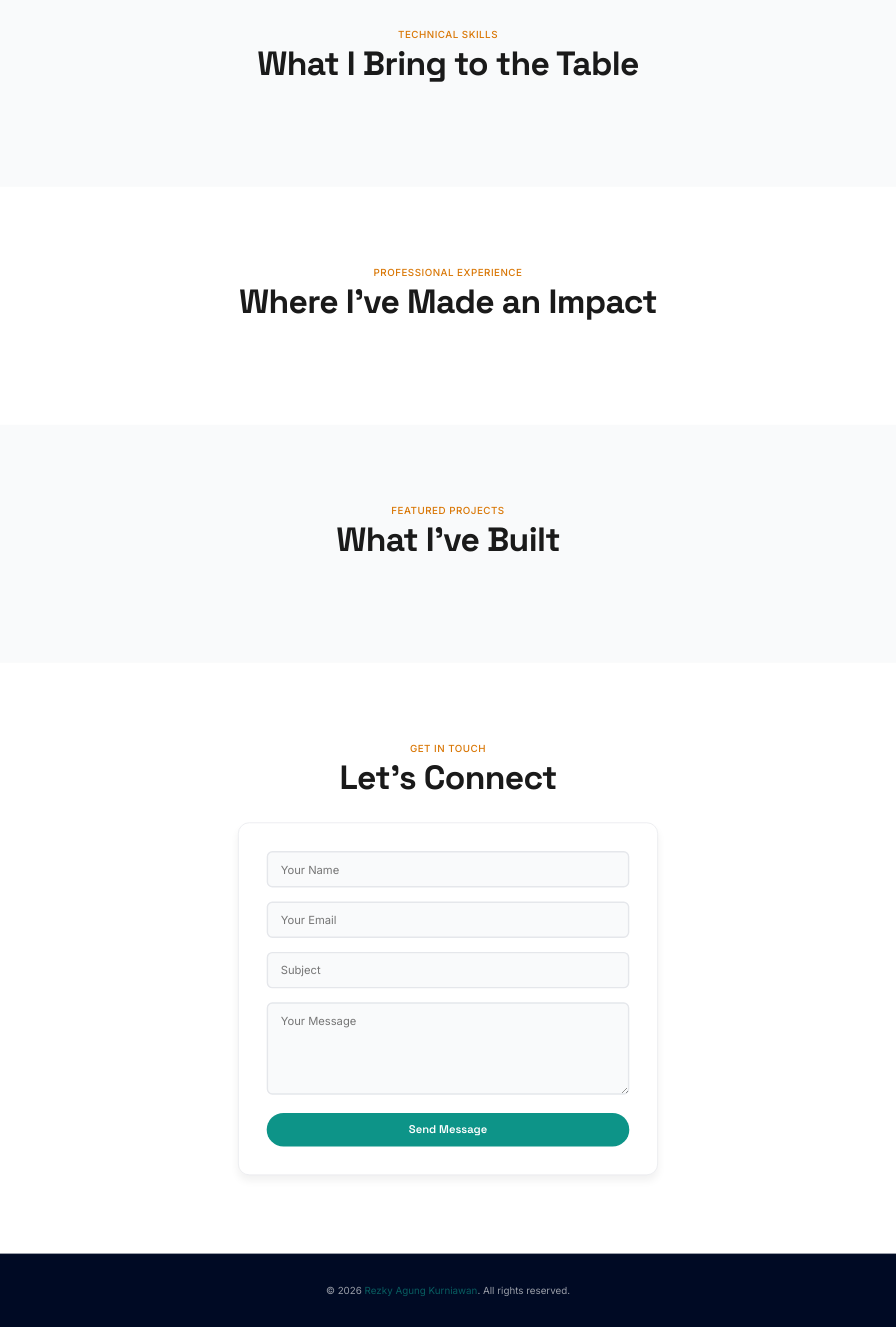
Repository: Warfail/portfolio-app
Page: backend/templates/index.html
The author's editor kept a copy of each file at every save. The page is drawn from the files as they stood at one save, then again after a run of saves.
The browser window is 1280 px wide. The pictures show the part of the page from y = 1247 to 3167 px (the page is 3143 px tall before and 3167 px after), at 70% of full size.
The page's requests for data from a server got no answer.

Above is the page before, as saved 2026-07-16 06:30:50.

### backend/templates/index.html
<!DOCTYPE html>
<html lang="en">
<head>
    <meta charset="UTF-8" />
    <meta name="viewport" content="width=device-width, initial-scale=1.0" />
    <title>Rezky Agung Kurniawan | IT Infrastructure Specialist</title>
    <link rel="preconnect" href="https://fonts.googleapis.com" />
    <link rel="preconnect" href="https://fonts.gstatic.com" crossorigin />
    <link href="https://fonts.googleapis.com/css2?family=Space+Grotesk:wght@500;600;700&family=Inter:wght@400;500;600;700&display=swap" rel="stylesheet" />
    <link rel="stylesheet" href="https://cdnjs.cloudflare.com/ajax/libs/font-awesome/6.0.0-beta3/css/all.min.css" />
    <link rel="stylesheet" href="/static/css/style.css" />
</head>
<body>
    <!-- Navigation -->
    <header class="navbar" role="navigation" aria-label="Main navigation">
        <div class="container">
            <div class="nav-logo">RK.</div>
            <button class="nav-toggle" aria-label="Toggle navigation" id="navToggle">
                <i class="fas fa-bars"></i>
            </button>
            <ul class="nav-links" id="navLinks">
                <li><a href="#about">About</a></li>
                <li><a href="#skills">Skills</a></li>
                <li><a href="#experience">Experience</a></li>
                <li><a href="#projects">Projects</a></li>
                <li><a href="#contact">Contact</a></li>
                <li><a href="#" class="btn-nav-cta" id="navCta">Get in Touch</a></li>
            </ul>
        </div>
    </header>

    <!-- Hero Section -->
    <section class="hero" id="home">
        <div class="hero-content">
            <div class="hero-eyebrow label-uppercase" id="heroEyebrow">IT Infrastructure &amp; Desktop Support</div>
            <h1 class="hero-display" id="heroName">
                Rezky Agung<br />
                <span style="color: var(--teal-primary);">Kurniawan</span>
            </h1>
            <p class="hero-sub" id="heroTitle">Building reliable, secure, and efficient IT environments through infrastructure expertise and continuous learning.</p>
            <div class="hero-actions">
                <a href="#projects" class="btn btn-primary-filled">Explore My Work <i class="fas fa-arrow-right"></i></a>
                <a href="#contact" class="btn btn-ghost-outline">Get in Touch</a>
            </div>
            <div class="hero-scroll">Scroll</div>
        </div>
    </section>

    <!-- About Section -->
    <section id="about">
        <div class="container">
            <div class="section-heading">
                <span class="label-uppercase">About Me</span>
                Bridging Infrastructure Reliability with Technical Excellence
            </div>
            <div class="about-grid">
                <div class="about-text" id="aboutText">
                    <!-- Dynamic content -->
                </div>
                <div class="about-stats" id="aboutStats">
                    <!-- Dynamic stats -->
                </div>
            </div>
        </div>
    </section>

    <!-- Skills Section -->
    <section id="skills" style="background: #f9fafb;">
        <div class="container">
            <div class="section-heading">
                <span class="label-uppercase">Technical Skills</span>
                What I Bring to the Table
            </div>
            <div class="skills-grid" id="skillsContainer">
                <!-- Dynamic content -->
            </div>
        </div>
    </section>

    <!-- Experience Section -->
    <!-- Experience Section -->
<section id="experience" class="experience">
    <div class="container">
        <div class="section-heading">
            <span class="label-uppercase">Professional Experience</span>
            Where I've Made an Impact
        </div>
        <div class="timeline" id="experience-container">
            <!-- Dynamic content -->
        </div>
    </div>
</section>

    <!-- Projects Section -->
    <section id="projects" style="background: #f9fafb;">
        <div class="container">
            <div class="section-heading">
                <span class="label-uppercase">Featured Projects</span>
                What I've Built
            </div>
            <div class="projects-grid" id="projectsContainer">
                <!-- Dynamic content -->
            </div>
        </div>
    </section>

    <!-- Contact Section -->
    <section id="contact">
        <div class="container">
            <div class="section-heading">
                <span class="label-uppercase">Get In Touch</span>
                Let's Connect
            </div>
            <div class="contact-wrapper">
                <form id="contact-form" class="contact-form">
                    <div class="form-group">
                        <input type="text" id="contact-name" placeholder="Your Name" required />
                    </div>
                    <div class="form-group">
                        <input type="email" id="contact-email" placeholder="Your Email" required />
                    </div>
                    <div class="form-group">
                        <input type="text" id="contact-subject" placeholder="Subject" required />
                    </div>
                    <div class="form-group">
                        <textarea id="contact-message" rows="5" placeholder="Your Message" required></textarea>
                    </div>
                    <button type="submit" class="btn btn-primary-filled">Send Message</button>
                    <div id="form-message" class="form-message"></div>
                </form>
            </div>
        </div>
    </section>

    <!-- Footer -->
    <footer class="footer">
        <div class="container">
            <p>&copy; <span id="footerYear">2025</span> <a href="#">Rezky Agung Kurniawan</a>. All rights reserved.</p>
        </div>
    </footer>

    <!-- Notification Banner -->

    <script src="/static/js/main.js"></script>
</body>
</html>

### backend/static/js/main.js
const API_BASE = '/api';

// ==================== Load Profile ====================
async function loadProfile() {
    try {
        const response = await fetch(`${API_BASE}/profile/public`);
        const profile = await response.json();

        // Hero
        document.getElementById('heroName').innerHTML = `${profile.name}<br /><span style="color: var(--teal-primary);">${profile.title.split(' ').pop() || ''}</span>`;
        document.getElementById('heroTitle').textContent = profile.title;

        // About
        const aboutText = document.getElementById('aboutText');
        aboutText.innerHTML = profile.about.split('\n').filter(p => p.trim()).map(p => `<p>${p}</p>`).join('');

        // Stats
        const stats = document.getElementById('aboutStats');
        stats.innerHTML = `
            <div class="stat-item">
                <div class="stat-number">3+</div>
                <div class="stat-label">Years in IT Infrastructure</div>
            </div>
            <div class="stat-item">
                <div class="stat-number">1500+</div>
                <div class="stat-label">IT Assets Managed</div>
            </div>
            <div class="stat-item">
                <div class="stat-number">350+</div>
                <div class="stat-label">Workstations Supported</div>
            </div>
            <div class="stat-item">
                <div class="stat-number">4</div>
                <div class="stat-label">Companies Served</div>
            </div>
        `;

        // Nav CTA
        document.getElementById('navCta').href = '#contact';
    } catch (error) {
        console.error('Error loading profile:', error);
    }
}

// ==================== Load Skills ====================
async function loadSkills() {
    try {
        const response = await fetch(`${API_BASE}/skills`);
        const skills = await response.json();

        const categories = {};
        skills.forEach(skill => {
            if (!categories[skill.category]) {
                categories[skill.category] = [];
            }
            categories[skill.category].push(skill.name);
        });

        const container = document.getElementById('skillsContainer');
        container.innerHTML = Object.entries(categories).map(([category, items]) => `
            <div class="skill-category">
                <h3>${category}</h3>
                <div class="skill-tags">
                    ${items.map(name => `<span class="skill-tag">${name}</span>`).join('')}
                </div>
            </div>
        `).join('');
    } catch (error) {
        console.error('Error loading skills:', error);
    }
}

// ==================== Load Experiences ====================
async function loadExperiences() {
    try {
        const response = await fetch(`${API_BASE}/experience`);
        const experiences = await response.json();

        const container = document.getElementById('experience-container');
        container.innerHTML = experiences.map(exp => `
            <div class="timeline-item">
                <div class="timeline-header">
                    <div class="company-photo-wrapper">
                        ${exp.image_url ?
                            `<img src="${exp.image_url}" alt="${exp.company}" class="experience-photo">` :
                            `<div class="experience-photo-placeholder"><i class="fas fa-building"></i></div>`
                        }
                        <div class="experience-info">
                            <div class="company">${exp.company}</div>
                            <div class="role">${exp.position}</div>
                            <div class="period">
                                ${new Date(exp.start_date).toLocaleDateString('en-US', { month: 'long', year: 'numeric' })} -
                                ${exp.is_current ? 'Present' : new Date(exp.end_date).toLocaleDateString('en-US', { month: 'long', year: 'numeric' })}
                                ${exp.location ? ` • ${exp.location}` : ''}
                            </div>
                        </div>
                    </div>
                </div>
                <div class="timeline-body">
                    ${exp.description ? `<p>${exp.description}</p>` : ''}
                    ${exp.achievements && exp.achievements.length ? `
                        <ul>
                            ${exp.achievements.map(achievement => `<li>${achievement}</li>`).join('')}
                        </ul>
                    ` : ''}
                </div>
            </div>
        `).join('');
    } catch (error) {
        console.error('Error loading experiences:', error);
    }
}

// ==================== Load Projects ====================
async function loadProjects() {
    try {
        const response = await fetch(`${API_BASE}/projects`);
        const projects = await response.json();

        const container = document.getElementById('projectsContainer');
        container.innerHTML = projects.map(project => `
            <div class="project-card">
                <h3>${project.title}</h3>
                <p>${project.description}</p>
                ${project.technologies && project.technologies.length ? `
                    <div class="project-tech">
                        ${project.technologies.map(tech => `<span>${tech}</span>`).join('')}
                    </div>
                ` : ''}
                ${project.project_url || project.github_url ? `
                    <a href="${project.project_url || project.github_url}" target="_blank" class="project-link">
                        View Project <i class="fas fa-arrow-right"></i>
                    </a>
                ` : ''}
            </div>
        `).join('');
    } catch (error) {
        console.error('Error loading projects:', error);
    }
}

// ==================== Contact Form ====================
document.getElementById('contact-form').addEventListener('submit', async (e) => {
    e.preventDefault();

    const name = document.getElementById('contact-name').value;
    const email = document.getElementById('contact-email').value;
    const subject = document.getElementById('contact-subject').value;
    const message = document.getElementById('contact-message').value;

    const formMessage = document.getElementById('form-message');
    formMessage.className = 'form-message';
    formMessage.style.display = 'none';

    try {
        const response = await fetch(`${API_BASE}/contact`, {
            method: 'POST',
            headers: { 'Content-Type': 'application/json' },
            body: JSON.stringify({ name, email, subject, message })
        });

        const data = await response.json();

        if (response.ok) {
            formMessage.className = 'form-message success';
            formMessage.textContent = 'Thank you for your message! I\'ll get back to you soon.';
            formMessage.style.display = 'block';
            document.getElementById('contact-form').reset();
        } else {
            formMessage.className = 'form-message error';
            formMessage.textContent = data.detail || 'Something went wrong. Please try again.';
            formMessage.style.display = 'block';
        }
    } catch (error) {
        formMessage.className = 'form-message error';
        formMessage.textContent = 'Network error. Please try again.';
        formMessage.style.display = 'block';
    }
});

// ==================== Mobile Nav ====================
const toggle = document.getElementById('navToggle');
const navLinks = document.getElementById('navLinks');

toggle.addEventListener('click', () => {
    navLinks.classList.toggle('is-open');
    const isOpen = navLinks.classList.contains('is-open');
    toggle.setAttribute('aria-expanded', isOpen);
    toggle.innerHTML = isOpen ? '<i class="fas fa-times"></i>' : '<i class="fas fa-bars"></i>';
});

document.querySelectorAll('.nav-links a').forEach(link => {
    link.addEventListener('click', () => {
        navLinks.classList.remove('is-open');
        toggle.setAttribute('aria-expanded', 'false');
        toggle.innerHTML = '<i class="fas fa-bars"></i>';
    });
});

// ==================== Init ====================
document.addEventListener('DOMContentLoaded', () => {
    document.getElementById('footerYear').textContent = new Date().getFullYear();
    loadProfile();
    loadSkills();
    loadExperiences();
    loadProjects();
});

Loaded but not shown: backend/static/css/style.css (1214 lines, source omitted)

After the next 2 saves:
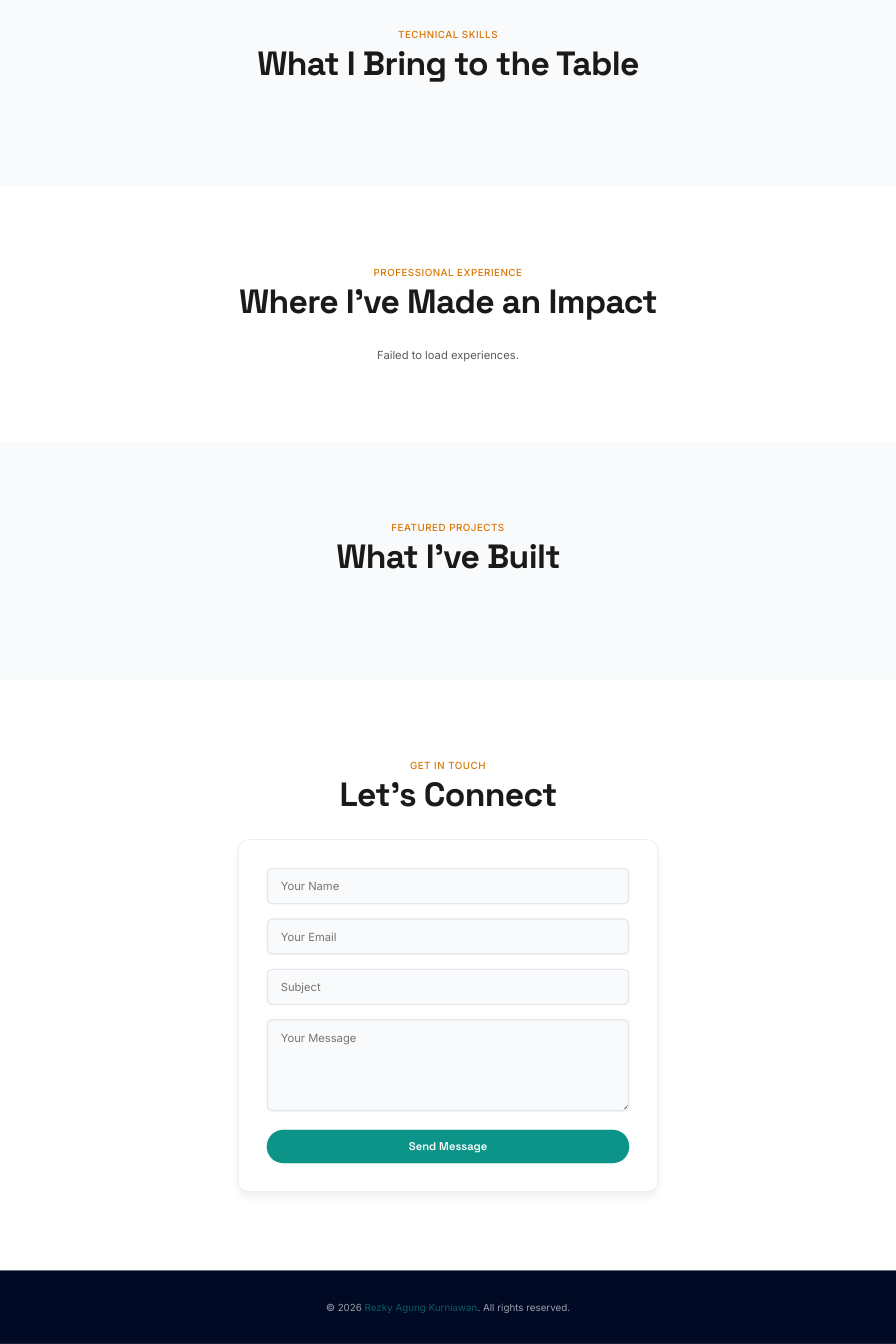
The 2 saves are shown as one change because they came seconds apart.
The last was saved 34 s later.
--- a/backend/static/js/main.js
+++ b/backend/static/js/main.js
@@ -71,12 +71,18 @@ async function loadSkills() {
 }
 
 // ==================== Load Experiences ====================
+// ==================== Load Experiences ====================
 async function loadExperiences() {
     try {
         const response = await fetch(`${API_BASE}/experience`);
         const experiences = await response.json();
 
         const container = document.getElementById('experience-container');
+        if (!experiences || experiences.length === 0) {
+            container.innerHTML = '<p style="text-align:center;color:var(--body-text-muted);">No experiences to display yet.</p>';
+            return;
+        }
+
         container.innerHTML = experiences.map(exp => `
             <div class="timeline-item">
                 <div class="timeline-header">
@@ -108,6 +114,7 @@ async function loadExperiences() {
         `).join('');
     } catch (error) {
         console.error('Error loading experiences:', error);
+        document.getElementById('experience-container').innerHTML = '<p style="text-align:center;color:var(--body-text-muted);">Failed to load experiences.</p>';
     }
 }
 
